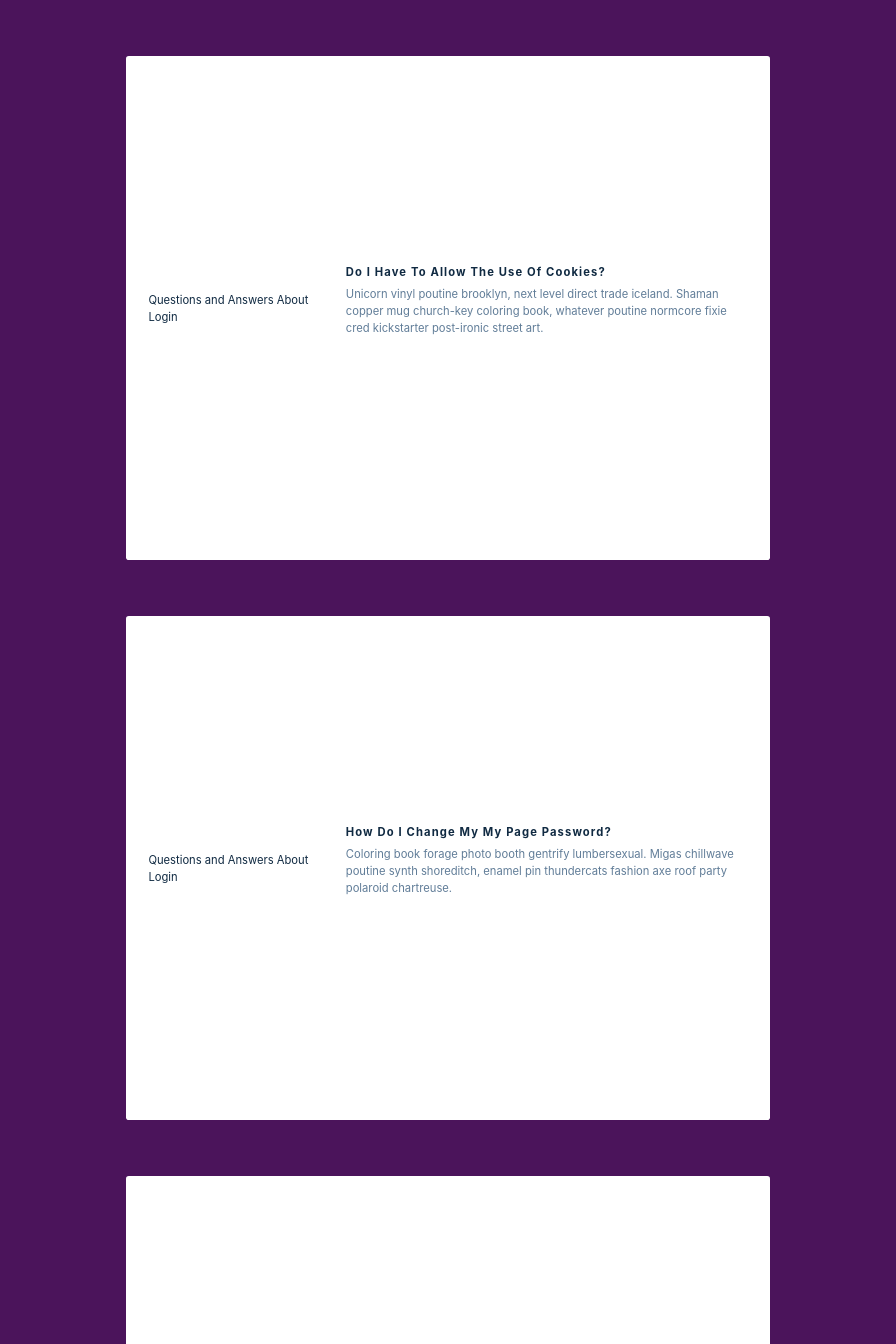
Repository: Reghanoid/Accordion
Page: /
The author's editor kept a copy of each file at every save. The page is drawn from the files as they stood at one save, then again after a run of saves.
The browser window is 1280 px wide. The pictures show the part of the page from y = 0 to 1920 px (the page is 4080 px tall), at 70% of full size.
The project was rebuilt for these pictures with package versions that can differ from the ones it lists, and the page was loaded fresh each time.

Above is the page before, as saved 2022-06-06 15:00:28.

### src/App.js
import React, { useState } from 'react'
import data from './data'
import SingleQuestion from './Question'
function App() {
  return (
    <div>
      {data.map((datum) => (
        <SingleQuestion key={datum.id} title={datum.title} info={datum.info} />
      ))}
    </div>
  )
}

export default App

### src/data.js
const questions = [
  {
    id: 1,
    title: 'Do I have to allow the use of cookies?',
    info:
      'Unicorn vinyl poutine brooklyn, next level direct trade iceland. Shaman copper mug church-key coloring book, whatever poutine normcore fixie cred kickstarter post-ironic street art.',
  },
  {
    id: 2,
    title: 'How do I change my My Page password?',
    info:
      'Coloring book forage photo booth gentrify lumbersexual. Migas chillwave poutine synth shoreditch, enamel pin thundercats fashion axe roof party polaroid chartreuse.',
  },
  {
    id: 3,
    title: 'What is BankID?',
    info:
      'Enamel pin fam sustainable woke whatever venmo. Authentic asymmetrical put a bird on it, lumbersexual activated charcoal kinfolk banjo cred pickled sartorial.',
  },
  {
    id: 4,
    title: 'Whose birth number can I use?',
    info:
      'Edison bulb direct trade gentrify beard lo-fi seitan sustainable roof party franzen occupy squid. Knausgaard cronut succulents, scenester readymade shabby chic lyft. Copper mug meh vegan gentrify.',
  },
  {
    id: 5,
    title: 'When do I recieve a password ordered by letter?',
    info:
      'Locavore franzen fashion axe live-edge neutra irony synth af tilde shabby chic man braid chillwave waistcoat copper mug messenger bag. Banjo snackwave blog, microdosing thundercats migas vaporware viral lo-fi seitan ',
  },
]
export default questions

### src/Question.js
import React, { useState } from 'react'
import { AiOutlineMinus, AiOutlinePlus } from 'react-icons/ai'
const Question = (props) => {
  return (
    <main className='container'>
      <header>Questions and Answers About Login </header>
      <div>
        <h4> {props.title} </h4>
        <p> {props.info} </p>
      </div>
    </main>
  )
}

export default Question

Loaded but not shown: public/index.html (common file); src/index.js (common file); src/index.css (common file)

After the next 2 saves:
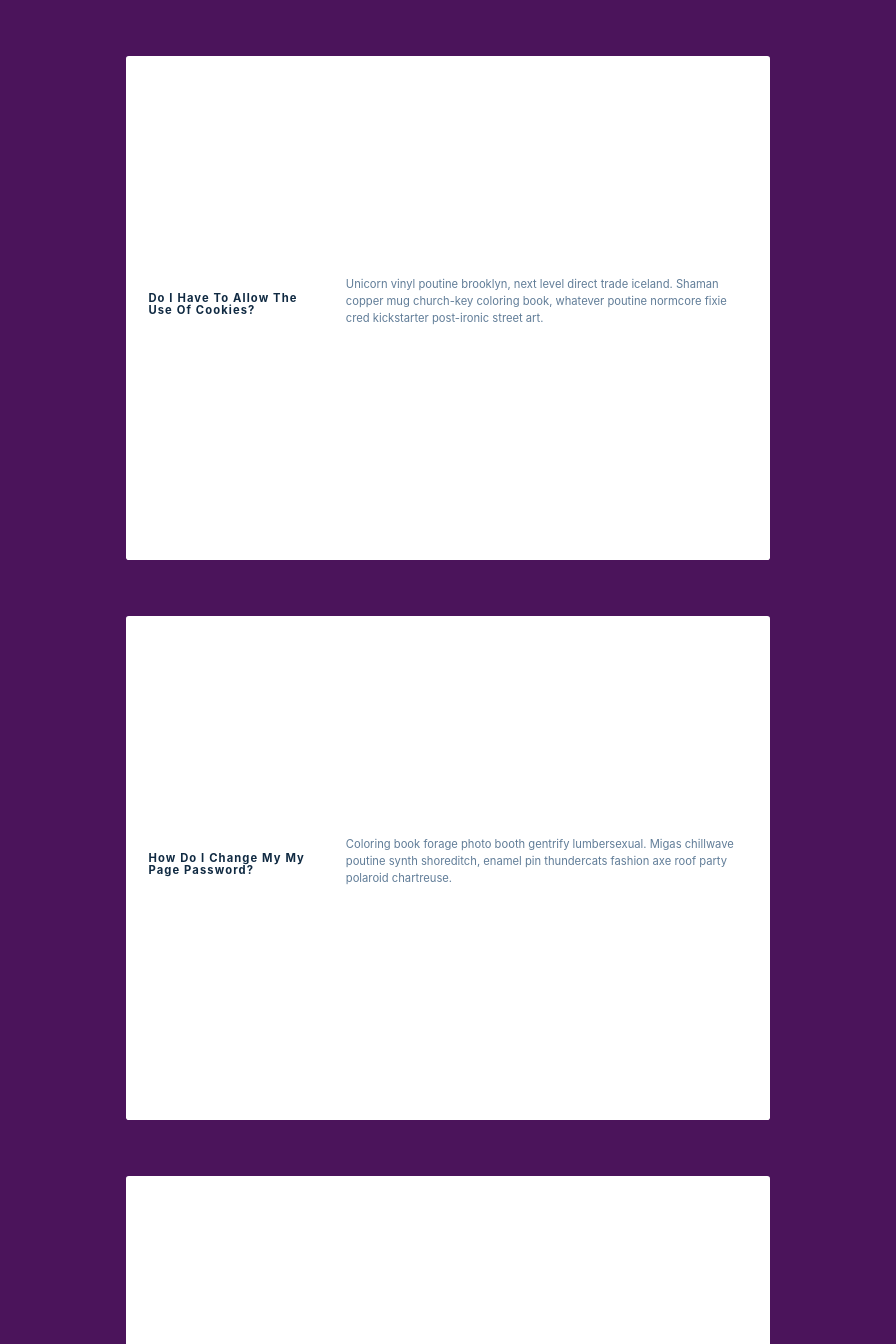
The 2 saves are shown as one change because 1 did not build or start.
The last was saved 49 s later.
--- a/src/Question.js
+++ b/src/Question.js
@@ -3,11 +3,8 @@ import { AiOutlineMinus, AiOutlinePlus } from 'react-icons/ai'
 const Question = (props) => {
   return (
     <main className='container'>
-      <header>Questions and Answers About Login </header>
-      <div>
-        <h4> {props.title} </h4>
-        <p> {props.info} </p>
-      </div>
+      <h4> {props.title} </h4>
+      <p> {props.info} </p>
     </main>
   )
 }
